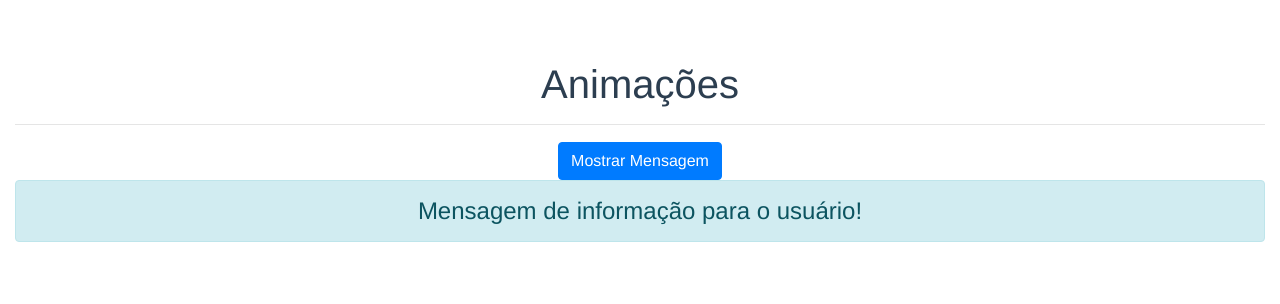
Repository: LucianoBitt/Curso_VueJS
Page: / (app in 12_animacoes/animacoes-exercicios/)
An editor plug-in stored every save of this project. The page is shown before and after the next save, followed by the edit.
The browser window is 1280 px wide. The pictures show the whole page.
The project was rebuilt for these pictures with package versions that can differ from the ones it lists, and the page was loaded fresh each time.

Above is the page before, as saved 2023-12-22 10:15:01.

### 12_animacoes/animacoes-exercicios/src/App.vue
<template>
	<div id="app" class="container-fluid">
		<h1>Animações</h1>
		<hr>
		<b-button variant="primary">Mostrar Mensagem</b-button>
		<b-alert variant="info" show>{{ msg }}</b-alert>
	</div>
</template>

<script>

export default {
	data() {
		return {
			msg: 'Mensagem de informação para o usuário!',
			exibir: false
		}
	}
}
</script>

<style>
#app {
	font-family: 'Avenir', Helvetica, Arial, sans-serif;
	-webkit-font-smoothing: antialiased;
	-moz-osx-font-smoothing: grayscale;
	text-align: center;
	color: #2c3e50;
	margin-top: 60px;
	font-size: 1.5rem;
}
</style>

Loaded but not shown: 12_animacoes/animacoes-exercicios/public/index.html (common file); 12_animacoes/animacoes-exercicios/src/main.js (common file); 12_animacoes/animacoes-exercicios/src/plugins/bootstrap-vue.js (common file)

After the next save:
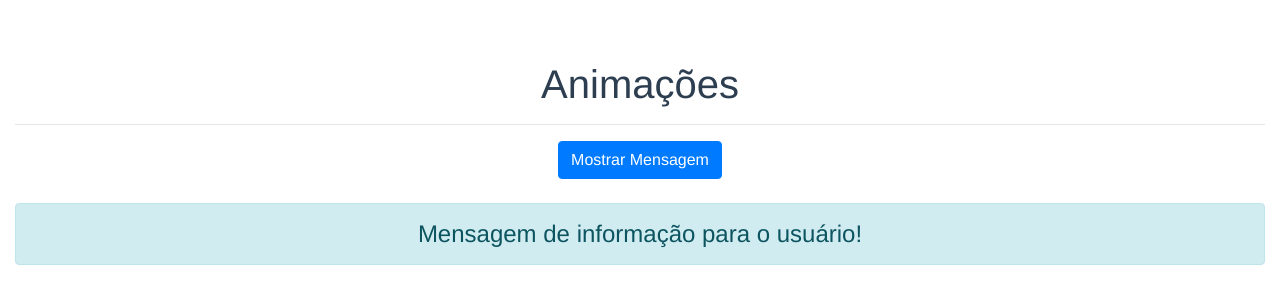
Saved 22 s later.
--- a/12_animacoes/animacoes-exercicios/src/App.vue
+++ b/12_animacoes/animacoes-exercicios/src/App.vue
@@ -2,7 +2,7 @@
 	<div id="app" class="container-fluid">
 		<h1>Animações</h1>
 		<hr>
-		<b-button variant="primary">Mostrar Mensagem</b-button>
+		<b-button variant="primary" class="mb-4">Mostrar Mensagem</b-button>
 		<b-alert variant="info" show>{{ msg }}</b-alert>
 	</div>
 </template>
